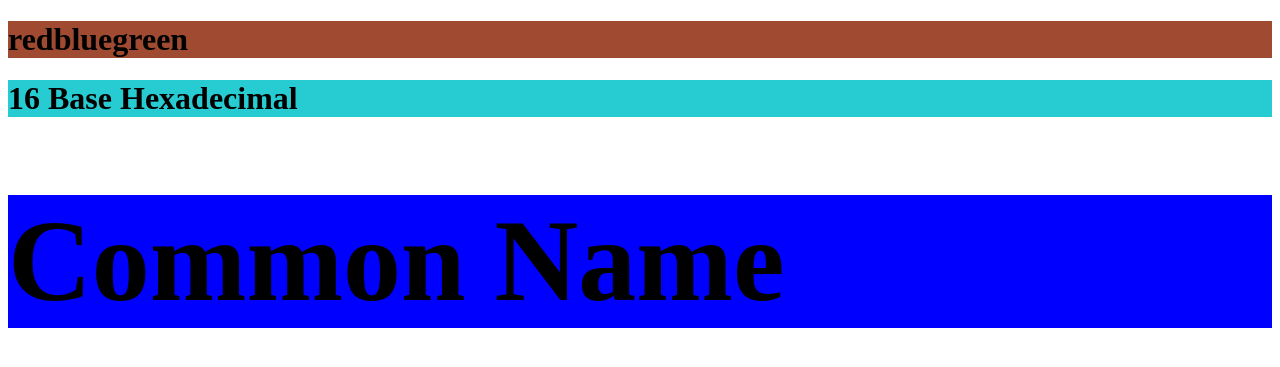
Repository: 3EyEdRav3n/10-2020-cohort-course
Page: week-1/day-4/warm-up.html
These files come from the project's save history. The page is drawn as it stood at one moment and after the next save; the edit follows.
The browser window is 1280 px wide. The pictures show the whole page.

Above is the page before, as saved 2020-10-29 20:23:30.

After the next save:
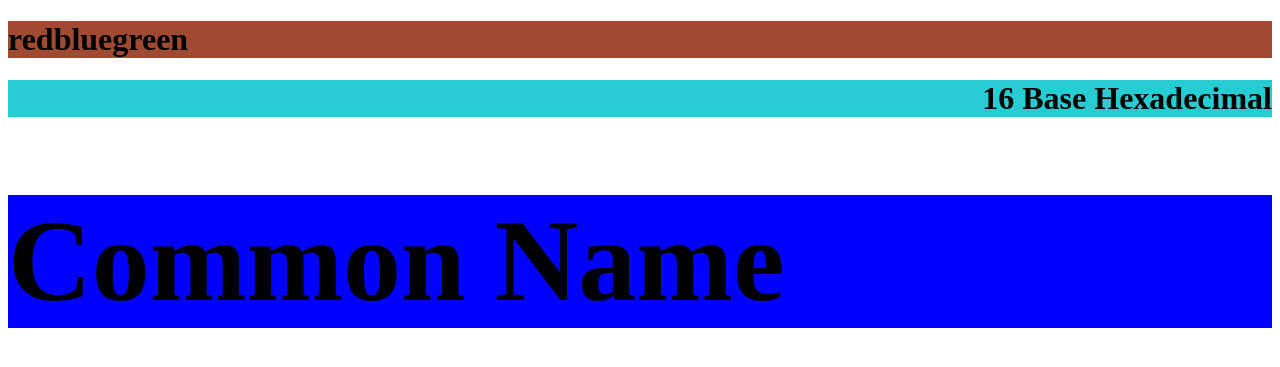
Saved 14 s later.
--- a/week-1/day-4/warm-up.css
+++ b/week-1/day-4/warm-up.css
@@ -7,7 +7,7 @@
 
 .Div2 {
     background-color: #27CCD2 ;
-text-align:
+    text-align:  right;
 }
 
 .Div3 {
